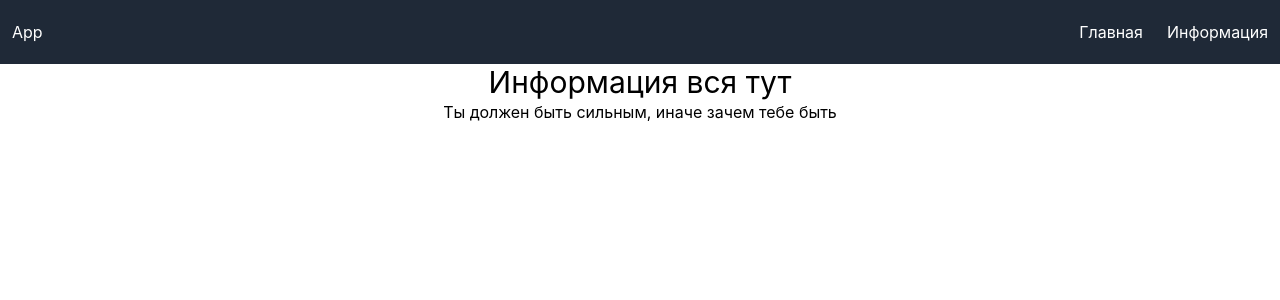
Repository: VachArt/react-exam-work
Page: /about
An editor plug-in stored every save of this project. The page is shown before and after the next save, followed by the edit.
The browser window is 1280 px wide. The pictures show the whole page.
The project was rebuilt for these pictures with package versions that can differ from the ones it lists, and the page was loaded fresh each time. Also part of the build but not shown: src/components/pages/Home/item/Check.jsx, src/components/pages/Home/item/TodoItem.jsx, src/components/pages/Home/create-todo-field/CreateTodoField.jsx, src/components/pages/Home/Home.jsx.

Above is the page before, as saved 2022-04-27 23:42:40.

After the next save:
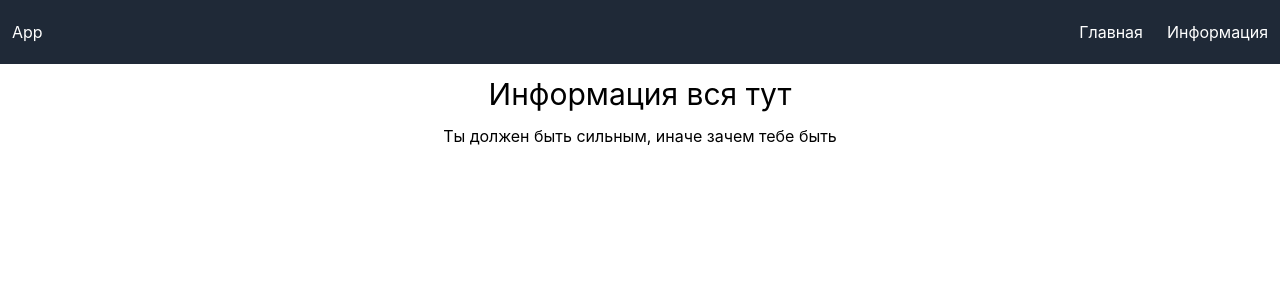
Saved 78 s later.
--- a/src/components/pages/About/About.jsx
+++ b/src/components/pages/About/About.jsx
@@ -3,7 +3,7 @@ import React from "react"
 export const About = () => (
     <div className="bg-white">
         <div className="text-center">
-            <h1 className="text-3xl">Информация вся тут</h1>
+            <h1 className="text-3xl my-3">Информация вся тут</h1>
             <p className="">Ты должен быть сильным, иначе зачем тебе быть</p>
         </div>
     </div>
